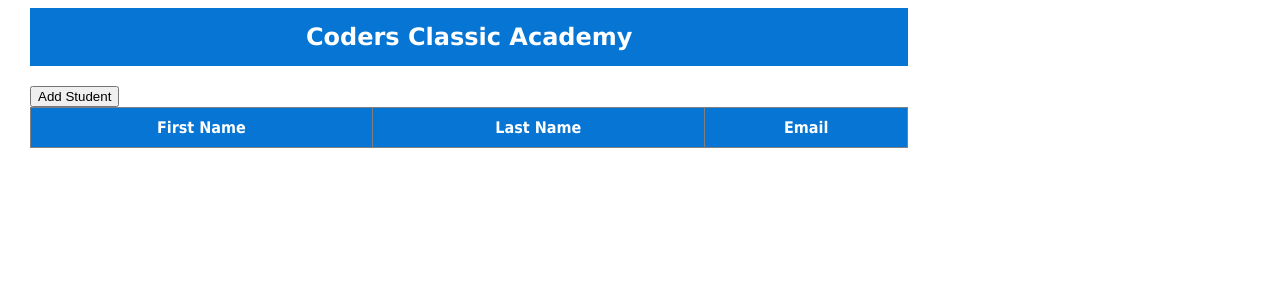
Repository: mangeshgayakwad2020/jsp_servlet
Page: http://localhost/StudentCrudDemo/StudentControllerServlet
An editor plug-in stored every save of this project. The page is shown before and after the next save, followed by the edit.
The browser window is 1280 px wide. The pictures show the whole page.
The page is served by Tomcat 9. Other server files are loaded and not shown. Queries for data that is not in the repository find no rows.

Above is the page before, as saved 2019-08-22 13:57:12.

### StudentCrudDemo/WebContent/list-students.jsp
<%@ taglib uri="http://java.sun.com/jsp/jstl/core" prefix="c" %>

<html>

<head>
	<title>Student Crud Demo</title>
	<link type="text/css" rel="stylesheet" href="css/style.css">
</head>



<body>

	<div id="wrapper">
		<div id="header">
			<h2 align="center">Coders Classic Academy</h2>
		</div>
	</div>

	<div id="container">
		<div id="content">

			<!-- add new button : Add Student -->
			<input type="button" value="Add Student" onClick="window.location.href='add-student-form.jsp'; return false;" />

			<table border="1">
				<tr>
					<th>First Name</th>
					<th>Last Name</th>
					<th>Email</th>
				</tr>

				<c:forEach var="student" items="${students}">
					<tr>
						<td>${student.firstName}</td>
						<td>${student.lastName}</td>
						<td>${student.email}</td>
					</tr>
				</c:forEach>
			</table>
		</div>
	</div>
</body>

</html>

### StudentCrudDemo/src/com/greatdigitallab/web/jdbc/StudentControllerServlet.java
package com.greatdigitallab.web.jdbc;

import java.util.List;

import javax.annotation.Resource;
import javax.servlet.RequestDispatcher;
import javax.servlet.ServletException;
import javax.servlet.annotation.WebServlet;
import javax.servlet.http.HttpServlet;
import javax.servlet.http.HttpServletRequest;
import javax.servlet.http.HttpServletResponse;
import javax.sql.DataSource;

/**
 * Servlet implementation class StudentControllerServlet
 */
@WebServlet("/StudentControllerServlet")
public class StudentControllerServlet extends HttpServlet {
	private static final long serialVersionUID = 1L;

	private StudentDBUtil studentDbUtil;

	@Resource(name = "jdbc/student_crud_db")
	private DataSource dataSource;

	@Override
	public void init() throws ServletException {
		super.init();

		// create our student db util.. and pass in the conn pool / datasource
		try {
			studentDbUtil = new StudentDBUtil(dataSource);
		}catch(Exception exc) {
			throw new ServletException(exc);
		}
	}

	/**
	 * @throws ServletException
	 * @see HttpServlet#doGet(HttpServletRequest request, HttpServletResponse response)
	 */
	protected void doGet(HttpServletRequest request, HttpServletResponse response) throws ServletException {

		try {
			// List the student in MVC pattern
			listStudents(request, response);
		}catch (Exception e) {
			throw new ServletException(e);
		}

	}

	private void listStudents(HttpServletRequest request, HttpServletResponse response) throws Exception {

		// get students from DB util
		List<Student> students = studentDbUtil.getStudents();

		// add students to the request
		request.setAttribute("students", students);

		// send to JSP page (view)
		RequestDispatcher dispatcher = request.getRequestDispatcher("/list-students.jsp");
		dispatcher.forward(request, response);
	}

}

### StudentCrudDemo/WebContent/css/style.css
html, body{
	margin-left:15px; margin-right:15px;
	padding:0px;
	font-family:Verdana, Arial, Helvetica, sans-serif;
}

table {
	border-collapse:collapse;
	border-bottom:1px solid gray;
	font-family: Tahoma,Verdana,Segoe,sans-serif;
	width:72%;
}

th {
	border-bottom:1px solid gray;
	background:none repeat scroll 0 0 #0775d3;
	padding:10px;
	color: #FFFFFF;
}

tr {
	border-top:1px solid gray;
	text-align:center;
}

tr:nth-child(even) {background: #FFFFFF}
tr:nth-child(odd) {background: #BBBBBB}

#wrapper {width: 100%; margin-top: 0px; }
#header {width: 72%; background: #0775d3; margin-top: 0px; padding:15px 0px 15px 0px;}
#header h2 {width: 100%; margin:auto; color: #FFFFFF;}
#container {width: 100%; margin:auto}
#container h3 {color: #000;}
#container #content {margin-top: 20px;}

.add-student-button {
	border: 1px solid #666;
	border-radius: 5px;
	padding: 4px;
	font-size: 12px;
	font-weight: bold;
	width: 120px;
	padding: 5px 10px;

	margin-bottom: 15px;
	background: #cccccc;
}

After the next save:
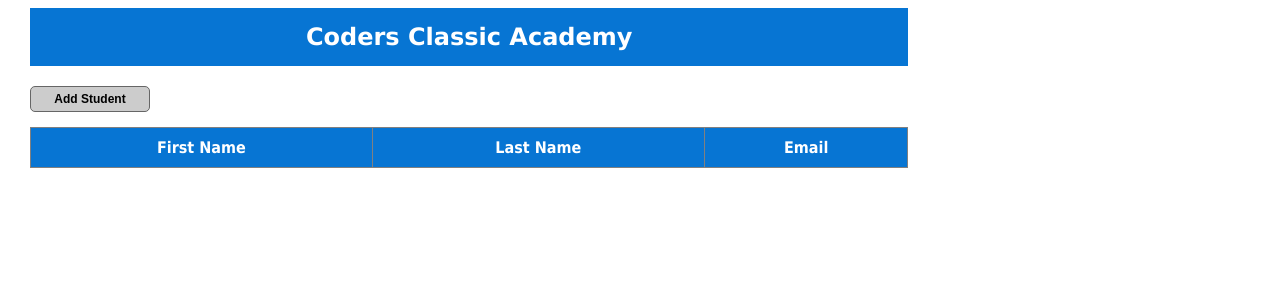
Saved 41 s later.
--- a/StudentCrudDemo/WebContent/list-students.jsp
+++ b/StudentCrudDemo/WebContent/list-students.jsp
@@ -21,7 +21,8 @@
 		<div id="content">
 
 			<!-- add new button : Add Student -->
-			<input type="button" value="Add Student" onClick="window.location.href='add-student-form.jsp'; return false;" />
+			<input type="button" value="Add Student" onClick="window.location.href='add-student-form.jsp'; return false;"
+			class="add-student-button" />
 
 			<table border="1">
 				<tr>
